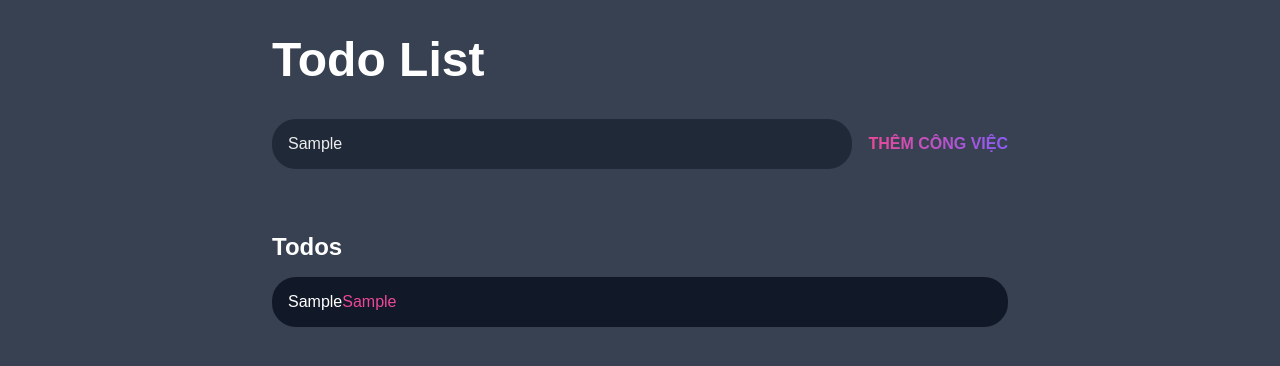
Repository: ntheanh/Todo-List
Page: index.html
The author's editor kept a copy of each file at every save. The page is drawn from the files as they stood at one save, then again after the next save.
The browser window is 1280 px wide. The pictures show the whole page.
Empty fields were first filled with sample values (such as "Sample", 5 or name@example.com).
After loading, the first visible `#new-todo-form` was submitted once.
The style sheet was rebuilt from its Sass, Less or Tailwind sources for each picture, by a compiler version that may differ from the author's.

Above is the page before, as saved 2023-03-16 14:00:19.

### index.html
<!DOCTYPE html>
<html lang="en">
  <head>
    <meta charset="UTF-8" />
    <meta http-equiv="X-UA-Compatible" content="IE=edge" />
    <meta name="viewport" content="width=device-width, initial-scale=1.0" />
    <title>My Todo List</title>
    <link rel="stylesheet" href="style.css" />
  </head>
  <body>
    <header>
      <h1>Todo List</h1>
      <form action="" id="new-todo-form">
        <input
          id="new-todo-input"
          type="text"
          name="todo"
          placeholder="Nhập công việc của bạn... "
        />
        <input id="new-todo-submit" type="submit" value="Thêm Công Việc" />
      </form>
    </header>
    <main>
      <section class="task-list">
        <h2>Todos</h2>
        <div id="tasks">
          <!-- <div class="task">
            <div class="content">
              <input
                type="text"
                class="content_input"
                value="My task"
                readonly
              />
            </div>
            <div class="actions">
              <button class="edit">Sửa</button>
              <button class="delete">Xoá</button>
            </div>
          </div> -->
        </div>
      </section>
    </main>

    <script src="app.js"></script>
  </body>
</html>

### app.js
window.addEventListener("load", () => {
  const form = document.querySelector("#new-todo-form");
  const input = document.querySelector("#new-todo-input");
  const list_el = document.querySelector("#tasks");

  form.addEventListener("submit", (e) => {
    e.preventDefault();
    const todo = input.value;
    if (!todo) {
      alert("Vui long nhap cong viec can lam");
      return;
    }

    const todo_el = document.createElement("div");
    todo_el.classList.add("task");

    const todo_content = document.createElement("div");
    todo_content.classList.add("content");
    todo_content.innerText = todo;

    todo_el.appendChild(todo_content);

    const todo_input = document.createElement("input");
    todo_input.type = "text";
    todo_input.classList.add("content_input");
    todo_input.value = todo;
    todo_input.setAttribute = ("readonly", "readonly");

    todo_content.appendChild(todo_input);

    const todo_actions = document.createElement("div");
    todo_actions.classList.add("actions");

    const todo_button = document.createElement("button");
    todo_button.classList.add("edit");

    todo_actions.appendChild(todo_button);

    list_el.appendChild(todo_el);
  });
});

### style.scss
:root {
  --dark: #374151;
  --darker: #1f2937;
  --darkest: #111827;
  --gray: #6b7280;
  --light: #eee;
  --pink: #ec4899;
  --purple: #8b5cf6;
}

* {
  margin: 0;
  padding: 0;
  box-sizing: border-box;
  font-family: "Poppins", sans-serif;
}

body {
  display: flex;
  flex-direction: column;
  min-height: 100vh;
  background: var(--dark);
  color: #fff;
}

header {
  padding: 2rem;
  width: 100%;
  max-width: 800px;
  margin: 0 auto;
  h1 {
    font-size: 3rem;
    font-weight: 600;
    margin-bottom: 2rem;
  }
}
#new-todo-form {
  display: flex;
}

input,
button {
  appearance: none;
  border: none;
  outline: none;
  background: none;
}

#new-todo-input {
  flex: 1 1 0%;
  background: var(--darker);
  padding: 1rem;
  border-radius: 1.5rem;
  margin-right: 1rem;
  color: var(--light);
  font-size: 1rem;
}
#new-todo-submit {
  color: var(--pink);
  font-size: 1rem;
  font-weight: 700;
  text-transform: uppercase;
  background: linear-gradient(to right, var(--pink), var(--purple));
  background-clip: text;
  -webkit-text-fill-color: transparent;
  transition: 0.4s;
  &:hover {
    opacity: 0.8;
  }
  &:active {
    opacity: 0.6;
  }
}

main {
  flex: 1 1 0%;
  width: 100%;
  max-width: 800px;
  margin: 0 auto;
  .task-list {
    padding: 2rem;
    h2 {
      font-size: 1.5rem;
      font-weight: 600;
      margin-bottom: 1rem;
    }
    #tasks .task {
      display: flex;
      justify-content: space-between;
      background: var(--darkest);
      padding: 1rem;
      border-radius: 1.5rem;
      margin-bottom: 1rem;
      .content .content_input {
        color: var(--light);
        font-size: 1rem;
        font-weight: 500;
        &:not(:read-only) {
          color: var(--pink);
        }
      }
      .actions {
        display: flex;
        margin: 0 -0.5rem;
        button {
          text-transform: uppercase;
          margin: 0 0.5rem;
          cursor: pointer;
          font-weight: 600;
          transition: 0.4s;
          &:hover {
            opacity: 0.7;
          }
          &:active {
            opacity: 0.6;
          }
        }
        .edit {
          color: var(--pink);
          background: linear-gradient(to right, var(--pink), var(--purple));
          background-clip: text;
          -webkit-text-fill-color: transparent;
        }
        .delete {
          color: crimson;
        }
      }
    }
  }
}

After the next save:
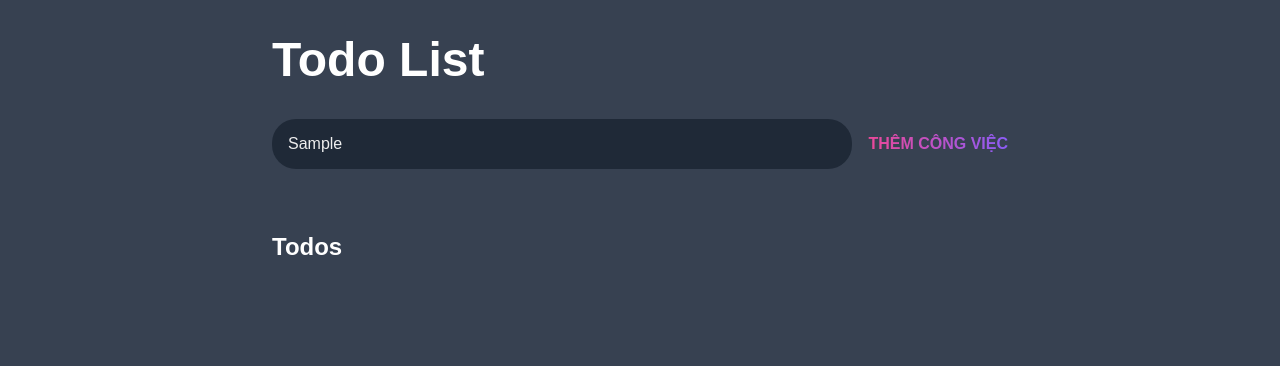
Console error: ReferenceError: todo_button is not defined
Saved 3 min 33 s later.
--- a/app.js
+++ b/app.js
@@ -31,8 +31,13 @@
     const todo_actions = document.createElement("div");
     todo_actions.classList.add("actions");
 
-    const todo_button = document.createElement("button");
-    todo_button.classList.add("edit");
+    const todo_edit = document.createElement("button");
+    todo_edit.classList.add("edit");
+    todo_edit.innerText = "Sửa";
+
+    const todo_delete = document.createElement("button");
+    todo_delete.classList.add("delete");
+    todo_delete.innerText = "Xóa";
 
     todo_actions.appendChild(todo_button);
 

After the save that followed:
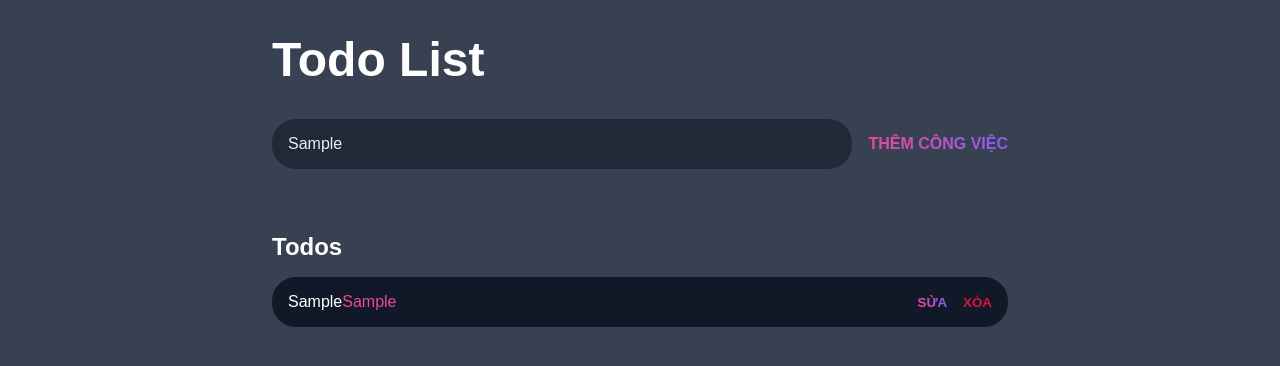
The error is gone.
Saved 45 s later.
--- a/app.js
+++ b/app.js
@@ -39,7 +39,10 @@
     todo_delete.classList.add("delete");
     todo_delete.innerText = "Xóa";
 
-    todo_actions.appendChild(todo_button);
+    todo_actions.appendChild(todo_edit);
+    todo_actions.appendChild(todo_delete);
+
+    todo_el.appendChild(todo_actions);
 
     list_el.appendChild(todo_el);
   });
